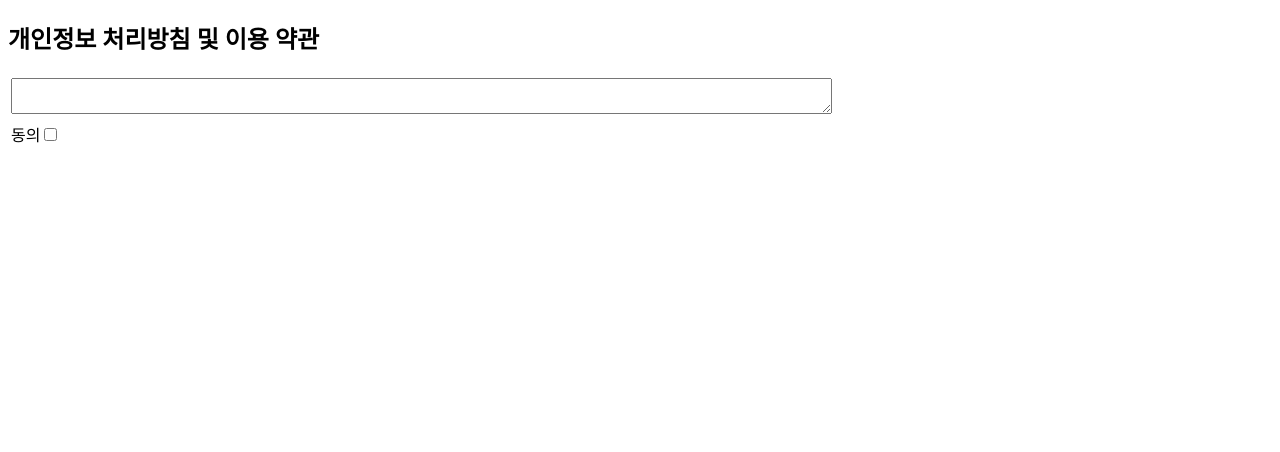
Repository: skdltm12/jsp1
Page: http://localhost/web01/agree.jsp
An editor plug-in stored every save of this project. The page is shown before and after the next save, followed by the edit.
The browser window is 1280 px wide. The pictures show the whole page.
The page is served by Tomcat 9.

Above is the page before, as saved 2022-04-26 16:08:20.

After the next save:
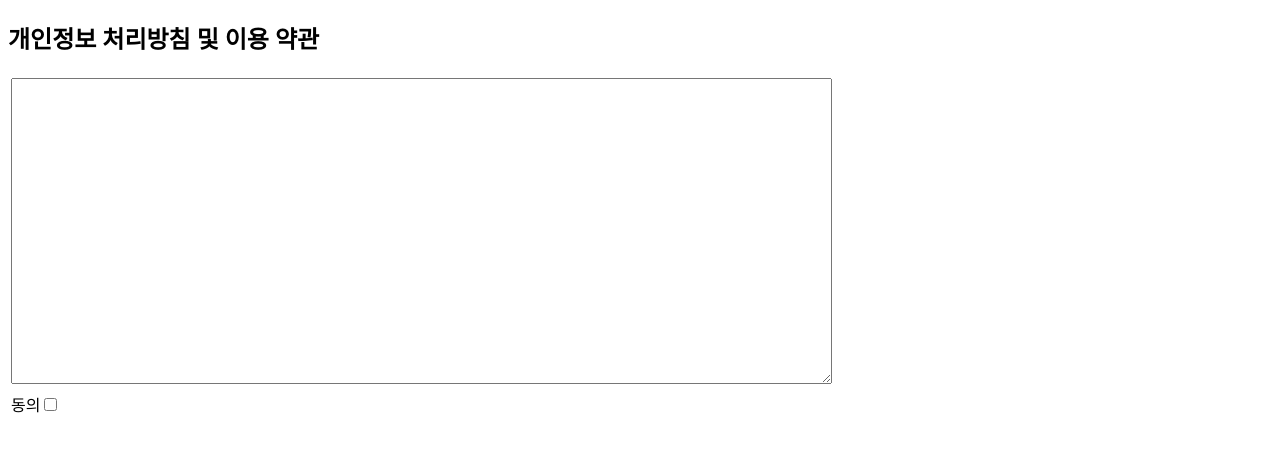
Saved 29 s later.
--- a/web01/src/main/webapp/agree.jsp
+++ b/web01/src/main/webapp/agree.jsp
@@ -11,7 +11,7 @@
 	<table>
 		<tbody>
 			<tr>
-				<td><textarea name='agree1' id='agree1' cols='100'>
+				<td><textarea name='agree1' id='agree1' cols='100' rows="20">
 
 				</textarea></td>
 			</tr>
